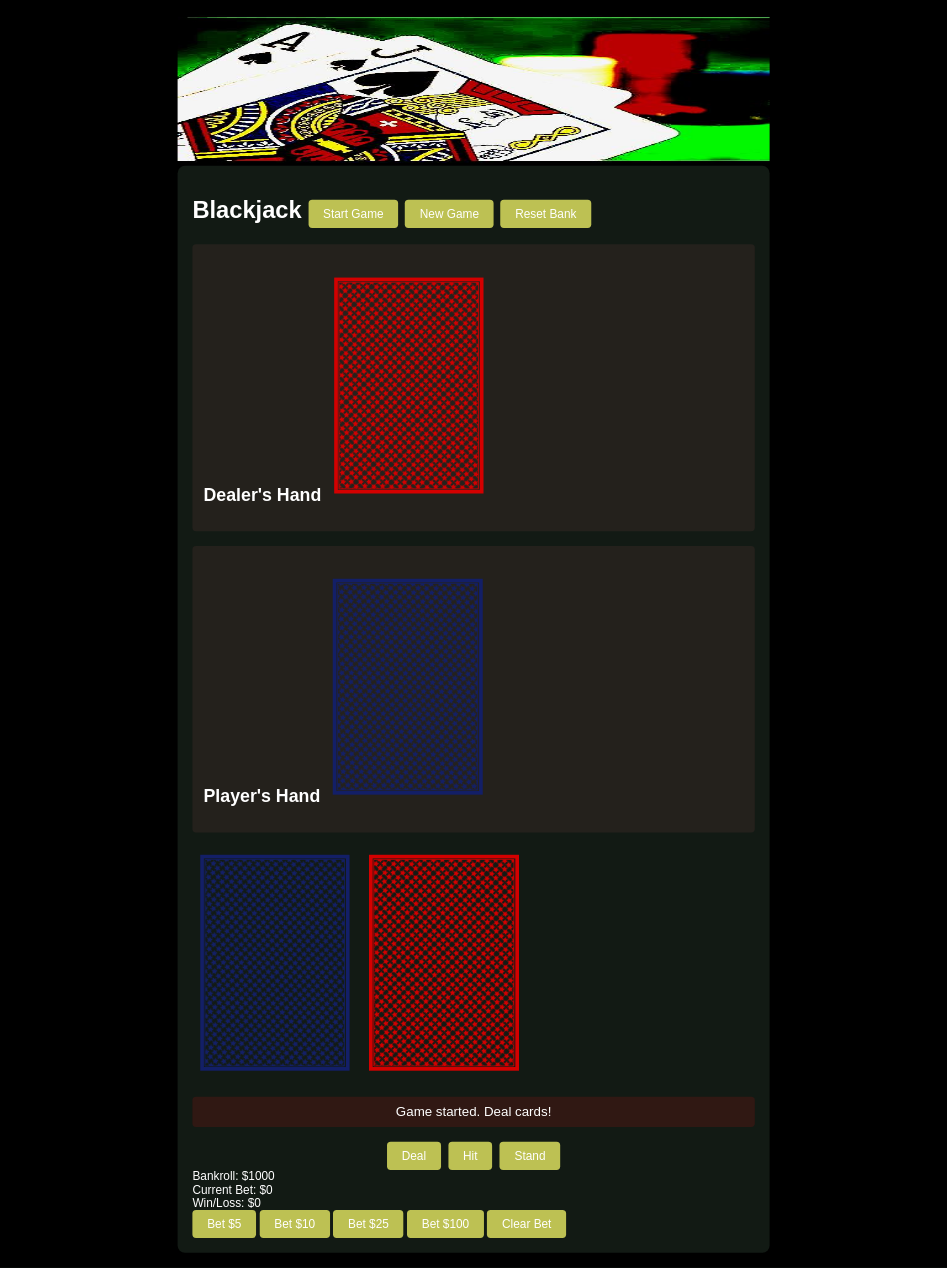
Repository: fahad7252/project-1-blackjack
Page: index.html
The author's editor kept a copy of each file at every save. The page is drawn from the files as they stood at one save, then again after the next save.
The browser window is 1280 px wide. The pictures show the whole page, at 74% of full size.

Above is the page before, as saved 2024-12-02 16:54:36.
Console error: ReferenceError: handleDeal is not defined

After the next save:
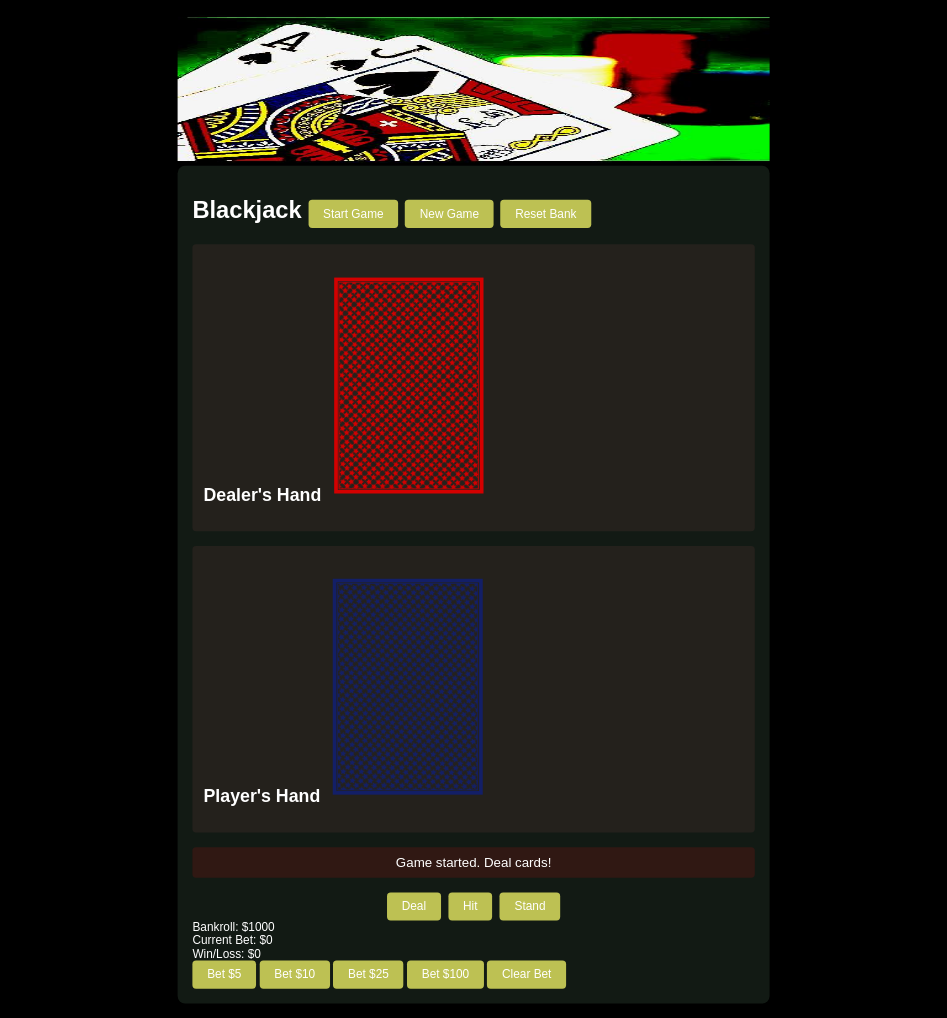
Saved 54 s later.
--- a/index.html
+++ b/index.html
@@ -22,9 +22,6 @@
             <h2>Player's Hand <img src="/images/backs/blue.svg" alt="blue card"></h2>
             <div id="player-hand"></div>
         </div>
-        <h3><img src="/images/backs/blue.svg" alt="blue card">
-            <img src="/images/backs/red.svg" alt="red card">
-        </h3>
 
         <div id="message">Game started. Deal cards!</div>
 
